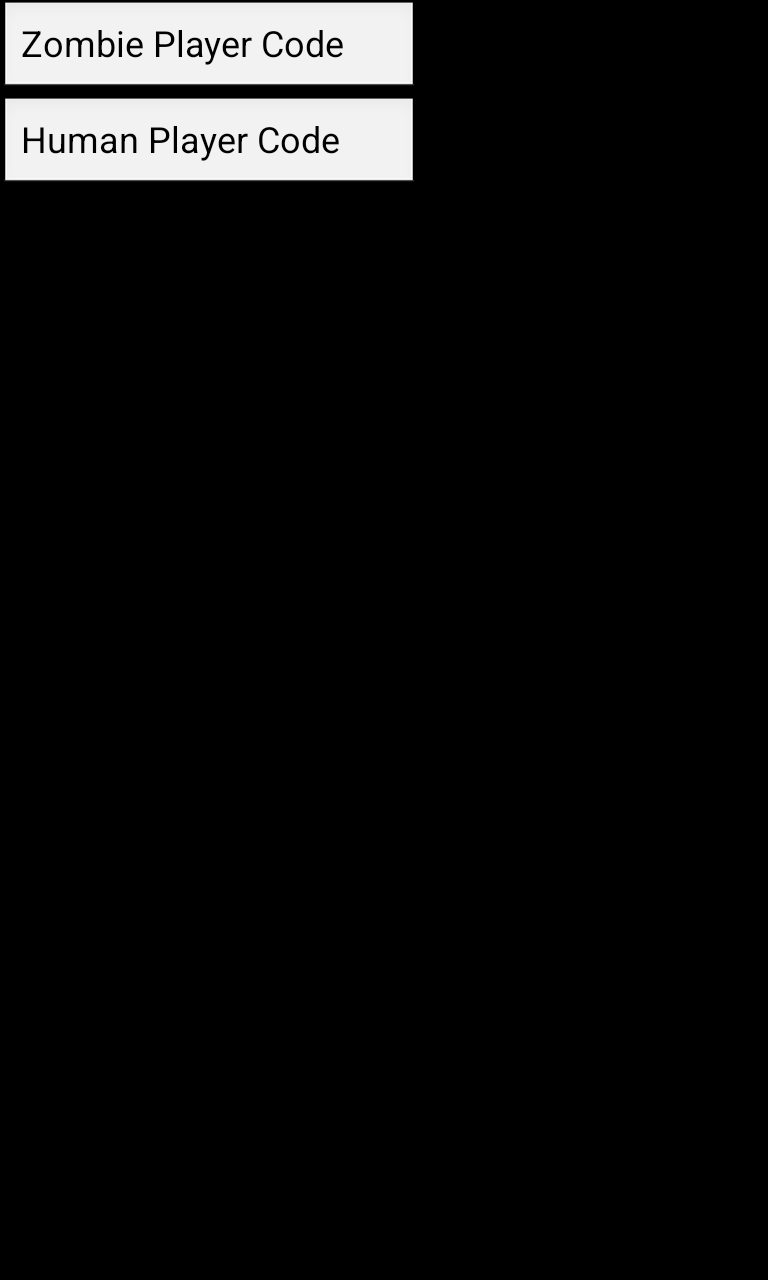
Repository: rolsen/HvZ
Layout: HvZ_phone/res/layout/report.xml
An editor plug-in stored every save of this project. The layout is shown before and after the next save, followed by the edit.
It is drawn on a 768 x 1280 px phone screen (xhdpi) without system bars, with theme android:Theme; the app's code is not run.

Above is the layout before, as saved 2011-11-06 23:23:34.

### HvZ_phone/res/layout/report.xml
<?xml version="1.0" encoding="utf-8"?>
<LinearLayout xmlns:android="http://schemas.android.com/apk/res/android"
    android:layout_width="match_parent"
    android:layout_height="match_parent"
    android:orientation="vertical" >

         <EditText
        android:id="@+id/zombie"
        android:layout_width="209dp"
        android:layout_height="wrap_content"
        android:inputType="number"
        android:text="@string/zombie_label" />

        <EditText
        android:id="@+id/human"
        android:layout_width="209dp"
        android:layout_height="wrap_content"
        android:inputType="number"
        android:text="@string/human_label" />

</LinearLayout>

### HvZ_phone/res/values/strings.xml
<?xml version="1.0" encoding="utf-8"?>
<resources>

    <string name="hello">Humans Versus Zombies Android Application</string>
    <string name="app_name">HvZ</string>
    <string name="menu_text">Function call to get player list here!</string>
    <string name="menu_title">Player List Menu Title</string>
    <string name="players">Player List</string>
    <string name="zombie_label">Zombie Player Code</string>
    <string name="human_label">Human Player Code</string>

</resources>

After the next save:
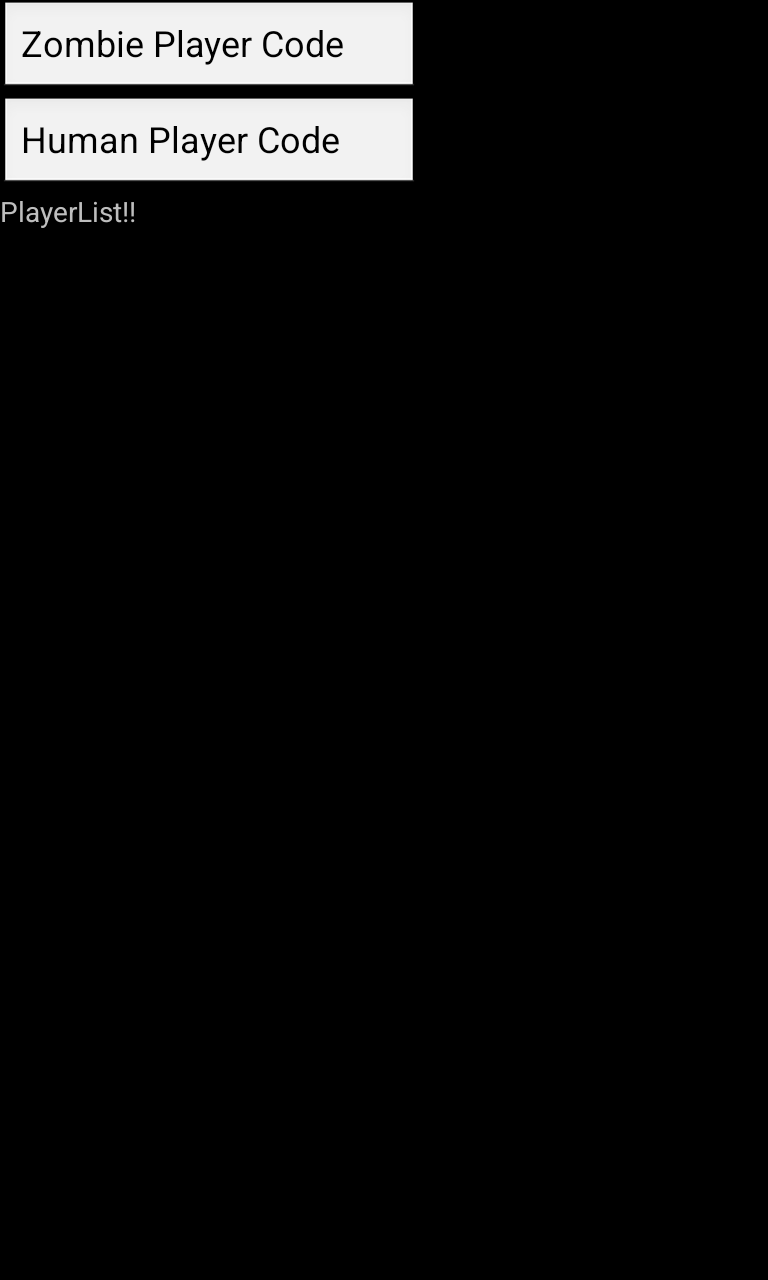
Saved 56 s later.
--- a/HvZ_phone/res/layout/report.xml
+++ b/HvZ_phone/res/layout/report.xml
@@ -18,4 +18,10 @@
         android:inputType="number"
         android:text="@string/human_label" />
 
+        	<TextView
+	    android:layout_width="match_parent"
+	    android:layout_height="match_parent"
+	    android:text="PlayerList!!"
+	    />
+
 </LinearLayout>
